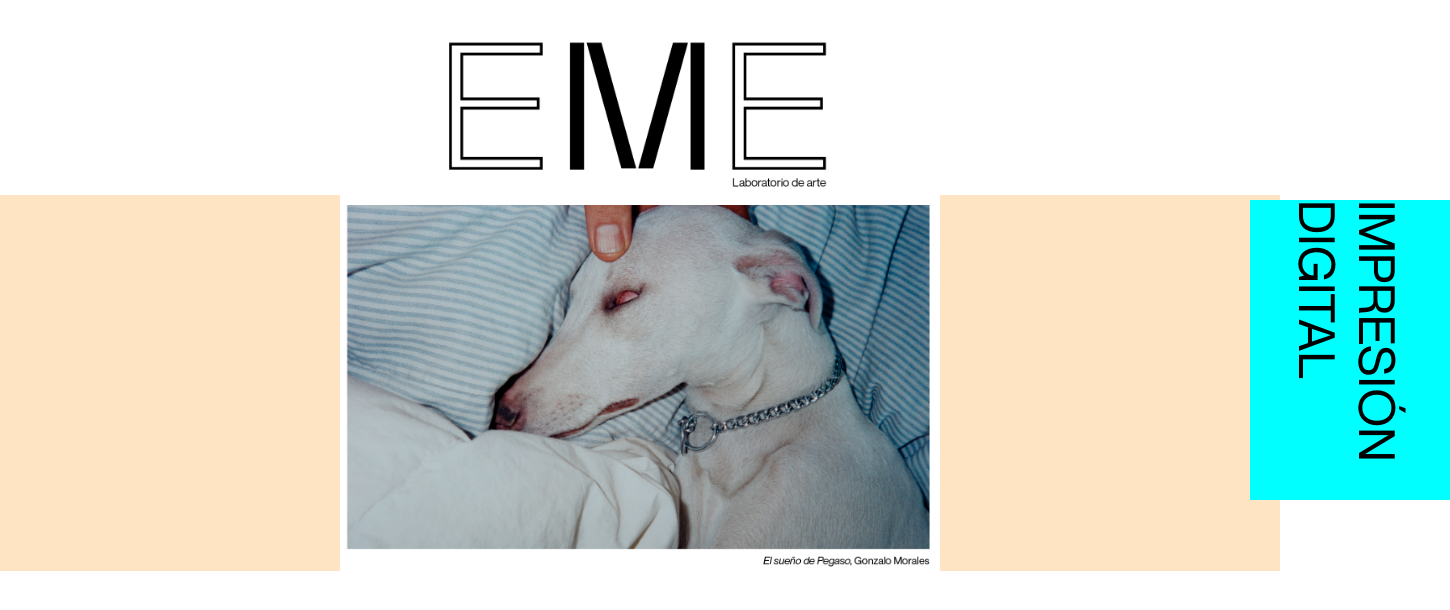
Repository: Manuelujano/eme-lab
Page: /
An editor plug-in stored every save of this project. The page is shown before and after the next save, followed by the edit.
The browser window is 1280 px wide. The page is 1450 px wide, so the pictures cover 1450 px, including what lies to the right of the window. The pictures show the whole page.
Some web fonts or font styles are not loaded; a fallback is used. The project was rebuilt for these pictures with package versions that can differ from the ones it lists, and the page was loaded fresh each time. Also part of the build but not shown: src/components/Motion.js, src/components/Prueba.js, src/components/Digital.js, src/components/Trail.js.

Above is the page before, as saved 2020-10-26 12:56:34.

### public/index.html
<!DOCTYPE html>
<html lang="en">
  <head>
    <meta charset="utf-8" />
    <link rel="icon" href="%PUBLIC_URL%/favicon.ico" />
    <meta name="viewport" content="width=device-width, initial-scale=1" />
    <meta name="theme-color" content="#000000" />
    <link href="//db.onlinewebfonts.com/c/7980cc1889b6b0b264dc47cca659f7c2?family=Neue+Montreal" rel="stylesheet" type="text/css"/>
    <meta
      name="description"
      content="Web site created using create-react-app"
    />
    <link rel="apple-touch-icon" href="%PUBLIC_URL%/logo192.png" />
    <!--
      manifest.json provides metadata used when your web app is installed on a
      user's mobile device or desktop. See https://developers.google.com/web/fundamentals/web-app-manifest/
    -->
    <link rel="manifest" href="%PUBLIC_URL%/manifest.json" />
    <!--
      Notice the use of %PUBLIC_URL% in the tags above.
      It will be replaced with the URL of the `public` folder during the build.
      Only files inside the `public` folder can be referenced from the HTML.

      Unlike "/favicon.ico" or "favicon.ico", "%PUBLIC_URL%/favicon.ico" will
      work correctly both with client-side routing and a non-root public URL.
      Learn how to configure a non-root public URL by running `npm run build`.
    -->
    <title>React App</title>
  </head>
  <body>
    <noscript>You need to enable JavaScript to run this app.</noscript>
    <div id="root"></div>
    <!--
      This HTML file is a template.
      If you open it directly in the browser, you will see an empty page.

      You can add webfonts, meta tags, or analytics to this file.
      The build step will place the bundled scripts into the <body> tag.

      To begin the development, run `npm start` or `yarn start`.
      To create a production bundle, use `npm run build` or `yarn build`.
    -->
  </body>
</html>

### src/index.js
import React from 'react';
import ReactDOM from 'react-dom';
import { BrowserRouter } from 'react-router-dom';
import './index.css';
import App from './App';


ReactDOM.render(
  <BrowserRouter>
    <App />
  </BrowserRouter>,
  document.getElementById('root')
);

### src/index.css
body {
  margin: 0;
  font-family: "Neue Montreal";
  -webkit-font-smoothing: antialiased;
  -moz-osx-font-smoothing: grayscale;
}
@font-face {
  font-family: 'Montreal';
  src: url(font/NeueMontreal-Regular.woff);
  font-style: normal;
  font-weight: 100;

}
@font-face {
  font-family: 'Montreal';
  src: url(font/NeueMontreal-RegularItalic.woff);
  font-style: italic;
  font-weight: 100;
}

.trails-main {
  position: relative;
  width: 100%;
  height: 100%;
  overflow: hidden;
  cursor: pointer;
  display: flex;
  justify-content: center;
  align-items: center;
  transform: rotate(90deg);
}

.trails-text {
  position: relative;
  width: 100%;
  height: 70px;
  line-height:70px;
  color: black;
  font-size: 4em;
  font-weight: 100;
  text-transform: uppercase;
  will-change: transform, opacity;
  overflow: hidden;
}

.trails-text > div {
  overflow: hidden;
}
code {
  font-family: source-code-pro, Menlo, Monaco, Consolas, 'Courier New',
    monospace;
}

.logo {
  display: block;
  margin: auto;
  width: 400px;
  padding-top: 2em;
}
.flex-container {
    display: flex;
    background-color: bisque;
    flex-direction: column;

}
.pegaso {
  display: block;
  margin: auto;
  width: 600px;
}

.digital {
  font-size: 50px;
  font-family: 'Montreal';
  font-weight: 100;
}
.contdig {
  position: absolute;
  top: 250px;
  left: 1200px;
  width: 300px;
  height: 200px;
  display: block;
  margin-left: auto;
  background-color: aqua;
  transform: rotate(90deg);
}

### src/App.js
import React from 'react';
import Header from './components/Header';
import Motion from './components/Motion';
import Pegaso from './components/Pegaso';
import { AnimatePresence } from 'framer-motion';
import { BrowserRouter as Router, Switch, Route } from 'react-router-dom';

import Prueba from './components/Prueba';

import Digital from './components/Digital';
import Trail from './components/Trail';




function App() {
  return (
  <Router>
  <Header/>
  <Route
  render={({location})=> (
    <AnimatePresence initial={false} exitBeforeEnter>
      <Switch location={location} key={location.pathname}>
      <Route exact path='/' render={()=> <Pegaso/>}/>
      <Route path='/digital' render={()=> <Digital/>}/>
      </Switch>
    </AnimatePresence>
  )}

  />


   {/* <Prueba></Prueba> */}
   {/* <Trail></Trail> */}

  {/*  <Motion></Motion> */}

  </Router>
  );
}

export default App;

### src/components/Header.js
import React from 'react';

import { Link } from 'react-router-dom';

import logoblanco from '../img/logoblanco.png';
import Container from '@material-ui/core/Container';

const Header = () => {
    return (
        <header>

            <Container maxWidth="sm">
            <Link to='/'>
            <img  className="logo" src={logoblanco}/>
            </Link>
            </Container>
        </header>
    )
}

export default Header

### src/components/Pegaso.js
import React from 'react'
import pegaso from '../img/pegaso.png';
import { motion } from 'framer-motion';
import { Link } from 'react-router-dom';


const transition = { duration: 0.6, ease: [0.43, 0.13, 0.23, 0.96]}

const Pegaso = () => {
    return (
        <div className="flex-container">

            <div>
             <motion.img
             className="pegaso"
             src={pegaso}
             whileHover={{ scale: 1.02 }}
             transition={transition}/>
            </div>
            <div className="contdig">
                <h2 className="digital">
                    IMPRESIÓN <br/> DIGITAL
                </h2>
            </div>

        </div>
    )
}

export default Pegaso

After the next save:
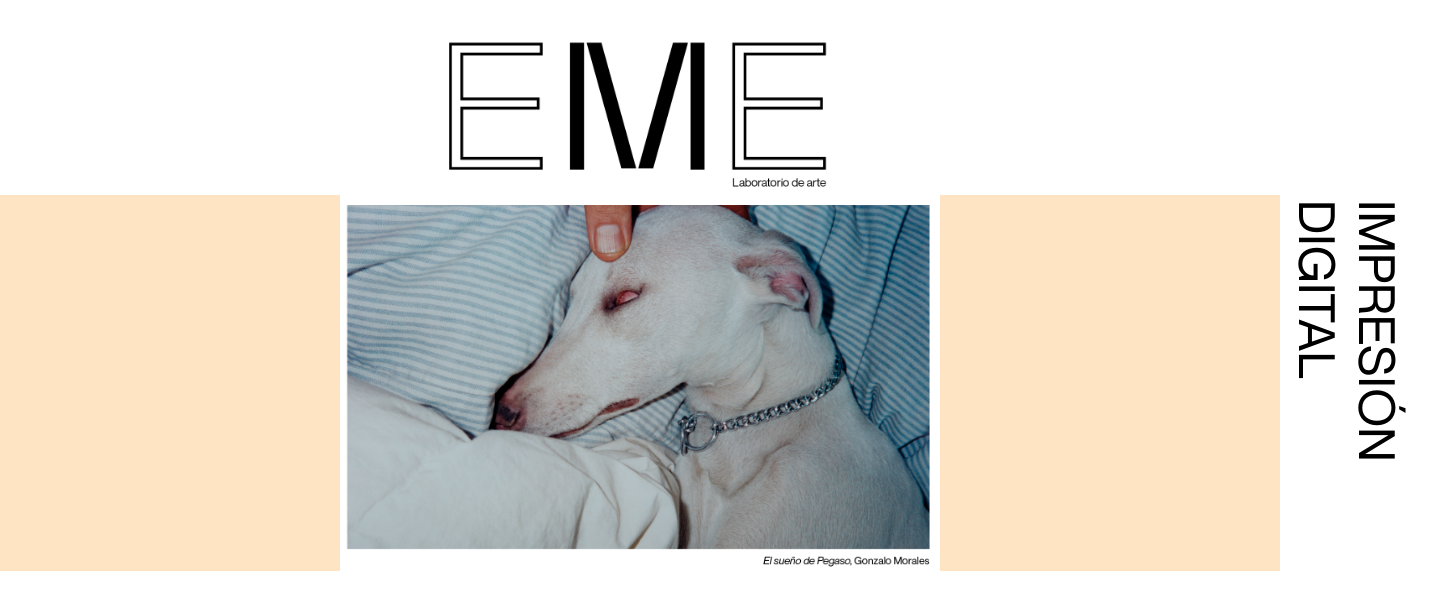
Saved 25 s later.
--- a/src/index.css
+++ b/src/index.css
@@ -80,8 +80,7 @@ code {
   left: 1200px;
   width: 300px;
   height: 200px;
-  display: block;
-  margin-left: auto;
-  background-color: aqua;
+
+
   transform: rotate(90deg);
 }
